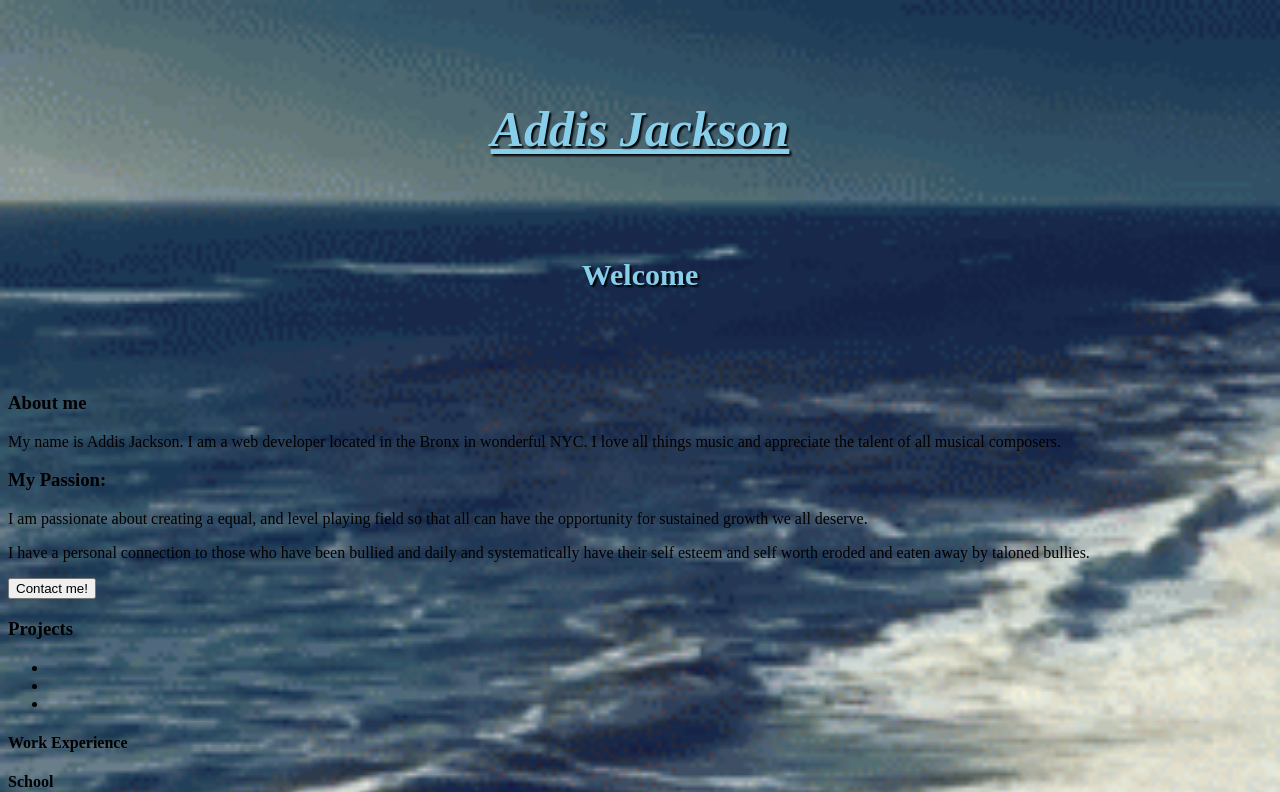
Repository: 10-2-pursuit/lab-design-assets
Page: index.html
An editor plug-in stored every save of this project. The page is shown before and after the next save, followed by the edit.
The browser window is 1280 px wide. The pictures show the part of the page from y = 0 to 792 px (the page is 1740 px tall before and 1758 px after).
A picture or video elsewhere on the page could not be fetched, so the positions and the page height are approximate.

Above is the page before, as saved 2023-07-16 04:36:34.

After the next save:
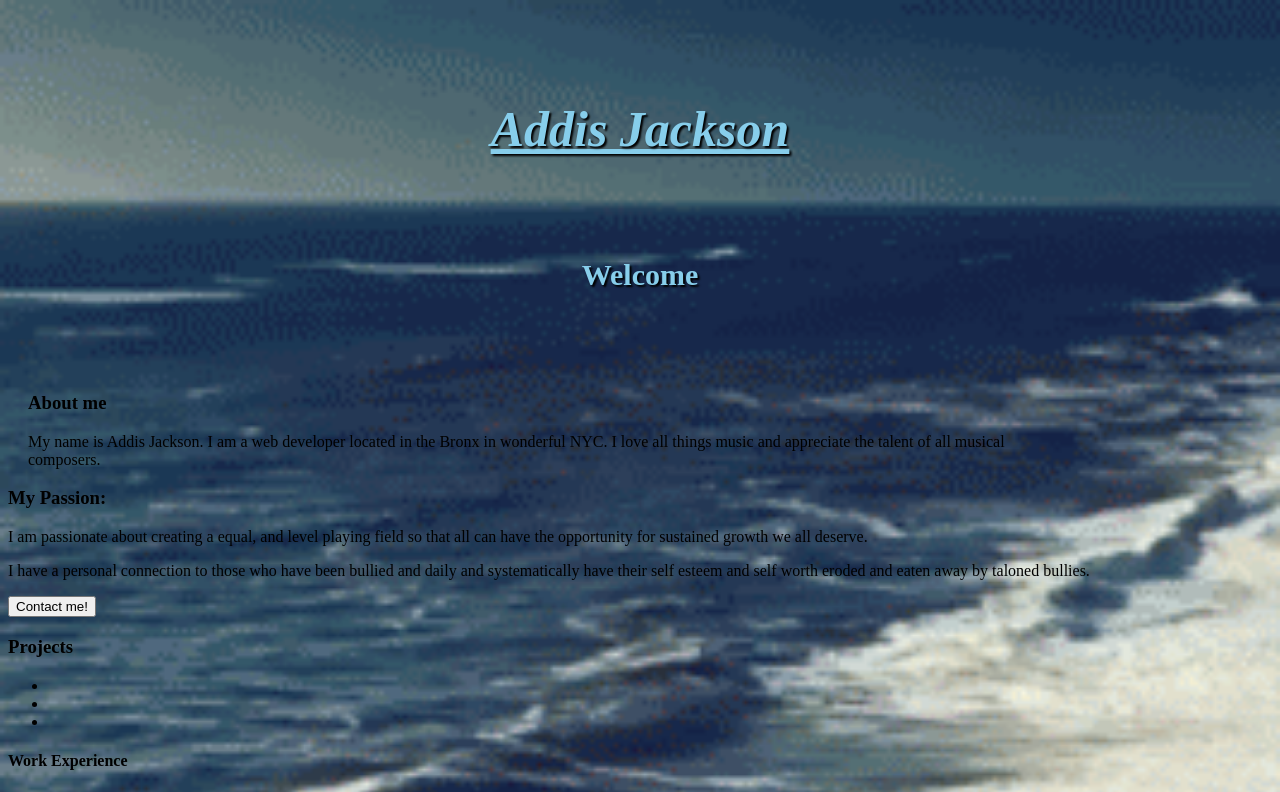
Saved 6 min 2 s later.
--- a/style.css
+++ b/style.css
@@ -31,3 +31,11 @@ h2 {
 .about .passion {
     display: inline-block;
 }
+
+.about {
+    text-align: left;
+    margin-top: 10px;
+    margin-bottom: 10px;
+    margin-left: 20px;
+    margin-right: 200px;
+}
